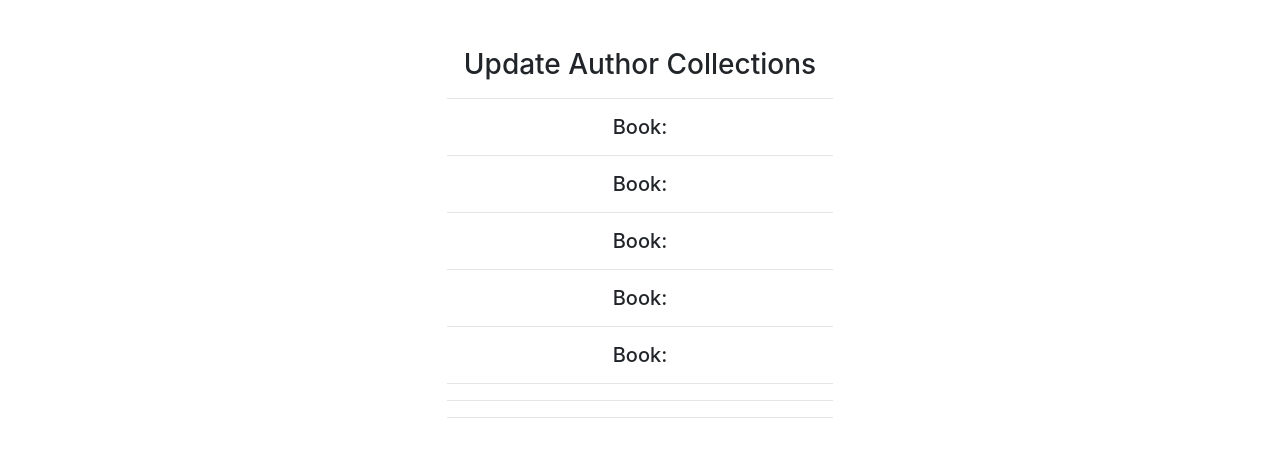
Repository: Temur-Sufiyanov/CBV
Page: http://localhost/author/1/books/edit/
An editor plug-in stored every save of this project. The page is shown before and after the next save, followed by the edit.
The browser window is 1280 px wide. The pictures show the whole page.
The page is served by the project's application, run on Django 5.2 (manage.py). The page reads the database file committed with the project.

Above is the page before, as saved 2024-12-21 19:32:50.

After the next save:
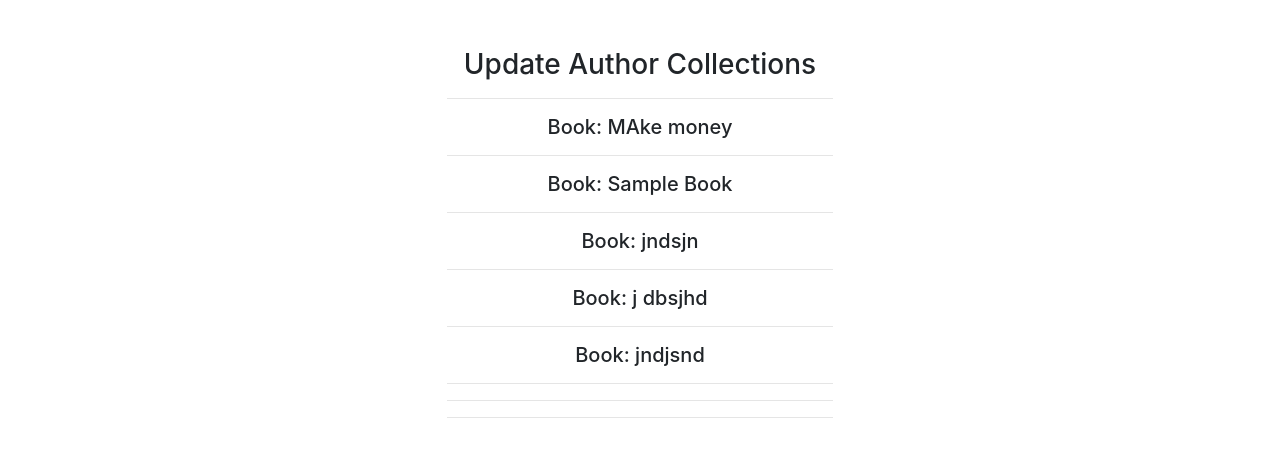
Saved 5 s later.
--- a/new_books/templates/new_books/author_books_edit.html
+++ b/new_books/templates/new_books/author_books_edit.html
@@ -14,7 +14,7 @@
             <h5 class="text-center">
 
                 {% if book_form.instance.id %}
-                    Book: {{book_form.insta}}
+                    Book: {{book_form.instance.name}}
                 {% endif %}
 
             </h5>
